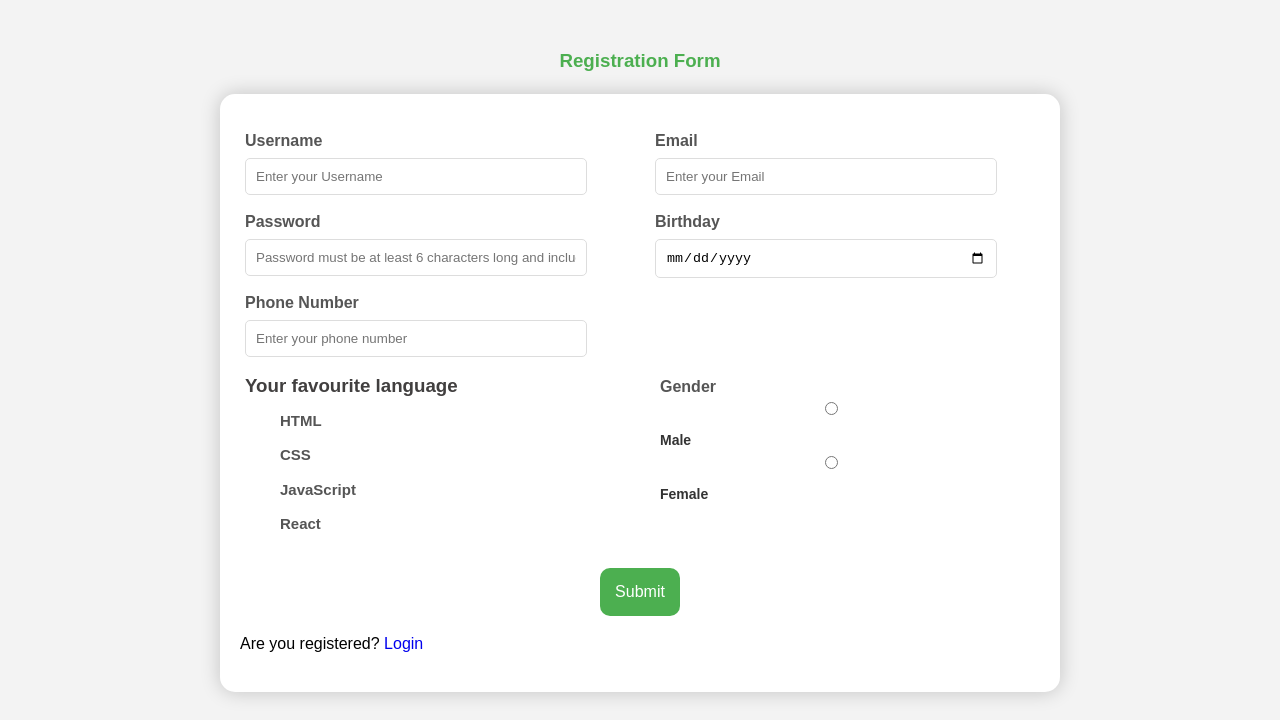
Repository: alizey12/Regestratin-Form-js
Page: regester.html
These files come from the project's save history. The page is drawn as it stood at one moment and after a run of saves; the edit follows.
The browser window is 1280 px wide. The pictures show the whole page.

Above is the page before, as saved 2024-11-29 20:05:35.

### regester.html
<!DOCTYPE html>
<html lang="en">
<head>
    <meta charset="UTF-8">
    <meta name="viewport" content="width=device-width, initial-scale=1.0">
    <link rel="stylesheet" href="regester.css">
    <title>Registration Form</title>
</head>
<body>
    <h3>Registration Form</h3>
    <div class="main">
        <form id="signupForm" action="">
            <div class="grid-container">
                <div>
                    <label for="username">Username</label>
                    <input type="text" id="username" name="username"
                           placeholder="Enter your Username"
                           required pattern="^[a-zA-Z0-9_]{3,15}$"
                           title="Username must be 3-15 characters long and can only contain letters, numbers, and underscores.">

                           <label for="password">Password</label>
                           <input type="password" id="password" name="password"
                                  placeholder="Password must be at least 6 characters long and include one letter and one number."
                                  required pattern="^(?=.*[A-Za-z])(?=.*\d)[A-Za-z\d]{6,}$"
                                  title="Password must be at least 6 characters long and include one letter and one number.">


                    <label for="quantity">Phone Number</label>
                    <input type="number" id="quantity" name="quantity"
                           placeholder="Enter your phone number"
                           min="1000000000" max="9999999999"
                           required title="Enter a valid 10-digit phone number.">

                    <h3 class="heading">Your favourite language</h3>
                    <label class="container">HTML
                        <input type="checkbox" name="language" value="HTML">
                    </label>
                    <label class="container">CSS
                        <input type="checkbox" name="language" value="CSS">
                    </label>
                    <label class="container">JavaScript
                        <input type="checkbox" name="language" value="JavaScript">
                    </label>
                    <label class="container">React
                        <input type="checkbox" name="language" value="React">
                    </label>
                </div>
                <div>
                    <label for="email">Email</label>
                    <input type="email" id="email" name="email"
                           placeholder="Enter your Email"
                           required pattern="^[a-zA-Z0-9._%+-]+@[a-zA-Z0-9.-]+\.[a-zA-Z]{2,}$">

                    <label for="birthday">Birthday</label>
                    <input type="date" id="birthday" name="birthday" required>

                    <div class="gen-rad">
                        <p>Gender</p>
                        <input type="radio" id="male" name="gender" value="male" required>
                        <label for="male">Male</label>
                        <input type="radio" id="female" name="gender" value="female" required>
                        <label for="female">Female</label>
                    </div>
                </div>
            </div>
            <div class="wrap">
                <button type="submit">Submit</button>
            </div>
        </form>
        <p>Are you registered?
            <a href="signin.html" style="text-decoration: none;">Login</a>
        </p>
    </div>
    <script src="Regester.js"></script>
</body>
</html>

### regester.css
 body {
    display: flex;
    align-items: center;
    justify-content: center;
    font-family: sans-serif;
    line-height: 1.5;
    min-height: 100vh;
    background: #f3f3f3;
    flex-direction: column;
    margin: 0;
}

.main {
    background-color: #fff;
    border-radius: 15px;
    box-shadow: 0 0 20px rgba(0, 0, 0, 0.2);
    padding: 20px;
    transition: transform 0.2s;
    width: 800px;
}

h3 {
    color: #4CAF50;
    text-align: center;
}

label {
    display: block;
    margin-top: 10px;
    margin-bottom: 5px;
    text-align: left;
    color: #555;
    font-weight: bold;
}

input {
    display: block;
    width: 90%;
    margin-bottom: 15px;
    padding: 10px;
    box-sizing: border-box;
    border: 1px solid #ddd;
    border-radius: 5px;
}

button {
    padding: 15px;
    border-radius: 10px;
    margin-top: 15px;
    border: none;
    color: white;
    cursor: pointer;
    background-color: #4CAF50;
    font-size: 16px;
}

.wrap {
    display: flex;
    justify-content: center;
    align-items: center;
}

.grid-container {
    display: grid;

    grid-template-columns: 1fr 1fr;
    gap: 20px;
}

.grid-container div {
    padding: 5px;
}


.container {
    display: block;
    position: relative;
    padding-left: 35px;
    margin-bottom: 12px;
    cursor: pointer;
    font-size: 15px;
    -webkit-user-select: none;
    -moz-user-select: none;
    -ms-user-select: none;
    user-select: none;
  }
  .gen-rad{
    margin-top: 20%;
  }
  .container input {
    position: absolute;
    opacity: 0;
    cursor: pointer;
    height: 0;
    width: 0;
  }
  .heading{
    color: rgb(65, 63, 63);
    display: contents;
  padding: 5px;
  }
  .checkmark {
    position: absolute;
    top: 0;
    left: 0;
    height: 25px;
    width: 25px;
    background-color: #eee;
  }

  .container:hover input ~ .checkmark {
    background-color: #ccc;
  }

  .container input:checked ~ .checkmark {
    background-color: #279e63;
  }

  .checkmark:after {
    content: "";
    position: absolute;
    display: none;
  }

  .container input:checked ~ .checkmark:after {
    display: block;
  }


  .container .checkmark:after {
    left: 9px;
    top: 5px;
    width: 5px;
    height: 10px;
    border: solid white;
    border-width: 0 3px 3px 0;
    -webkit-transform: rotate(45deg);
    -ms-transform: rotate(45deg);
    transform: rotate(45deg);
  }


.gen-rad p {
    margin-bottom: 1px;
    font-weight: bold;
    color: #555;
}


.gen-rad label {

    font-size: 14px;
    color: #333;
}

/*
body {
    font-family: Arial, sans-serif;
    background-color: #f4f4f4;
    display: flex;
    justify-content: center;
    align-items: center;
    height: 100vh;
    margin: 0;
}

.container {
    background-color: #fff;
    padding: 20px;
    border-radius: 5px;
    box-shadow: 0 0 10px rgba(0, 0, 0, 0.1);
}

h1 {
    margin-bottom: 20px;
}

label {
    display: block;
    margin-bottom: 5px;
}

input {
    width: 100%;
    padding: 10px;
    margin-bottom: 10px;
    border: 1px solid #ccc;
    border-radius: 5px;
}

button {
    width: 100%;
    padding: 10px;
    background-color: #28a745;
    color: #fff;
    border: none;
    border-radius: 5px;
    cursor: pointer;
}

button:hover {
    background-color: #218838;
} */

### Regester.js
document.getElementById('signupForm').addEventListener('submit', function (event) {
    event.preventDefault(); // Prevent form submission

    // Get field values
    const username = document.getElementById('username').value;
    const email = document.getElementById('email').value;
    const password = document.getElementById('password').value;
    const quantity = document.getElementById('quantity').value;
    const birthday = document.getElementById('birthday').value;
    const gender = document.querySelector('input[name="gender"]:checked');
    const languages = Array.from(document.querySelectorAll('input[name="language"]:checked'))
                            .map(lang => lang.value);

    // Validate gender
    if (!gender) {
        alert('Please select your gender.');
        return;
    }

    // Validate at least one language is selected
    if (languages.length === 0) {
        alert('Please select at least one favourite language.');
        return;
    }

    // Log values in the console
    console.log('Username:', username);
    console.log('Email:', email);
    console.log('Password:', password);
    console.log('Phone Number:', quantity);
    console.log('Birthday:', birthday);
    console.log('Gender:', gender.value);
    console.log('Languages:', languages);

    // Show success message
    alert('Signup successful!');
});

After the next 2 saves:
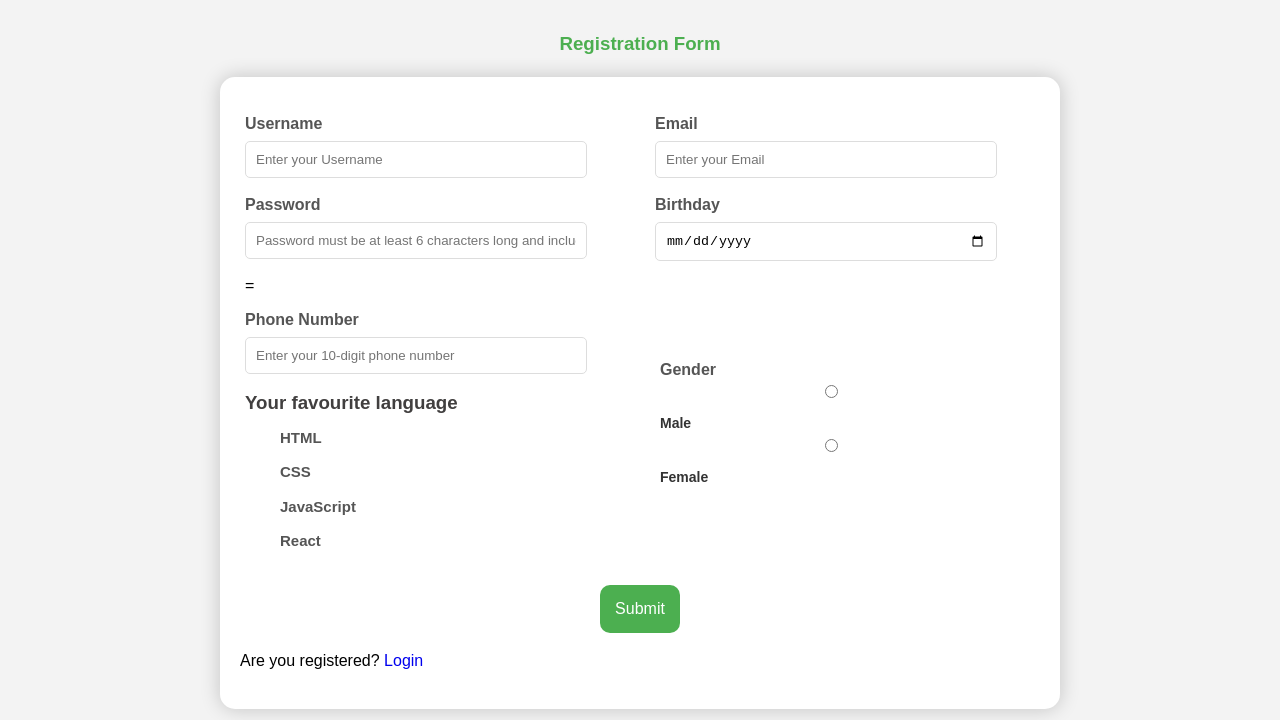
The 2 saves are shown as one change because they came seconds apart.
The last was saved 24 s later.
--- a/regester.html
+++ b/regester.html
@@ -25,11 +25,11 @@
                                   title="Password must be at least 6 characters long and include one letter and one number.">
 
 
-                    <label for="quantity">Phone Number</label>
-                    <input type="number" id="quantity" name="quantity"
-                           placeholder="Enter your phone number"
-                           min="1000000000" max="9999999999"
-                           required title="Enter a valid 10-digit phone number.">
+                 =<label for="quantity">Phone Number</label>
+                 <input type="text" id="quantity" name="quantity"
+                        placeholder="Enter your 10-digit phone number"
+                        required pattern="^\d{10}$"
+                        title="Enter a valid 10-digit phone number.">
 
                     <h3 class="heading">Your favourite language</h3>
                     <label class="container">HTML

After the save that followed:
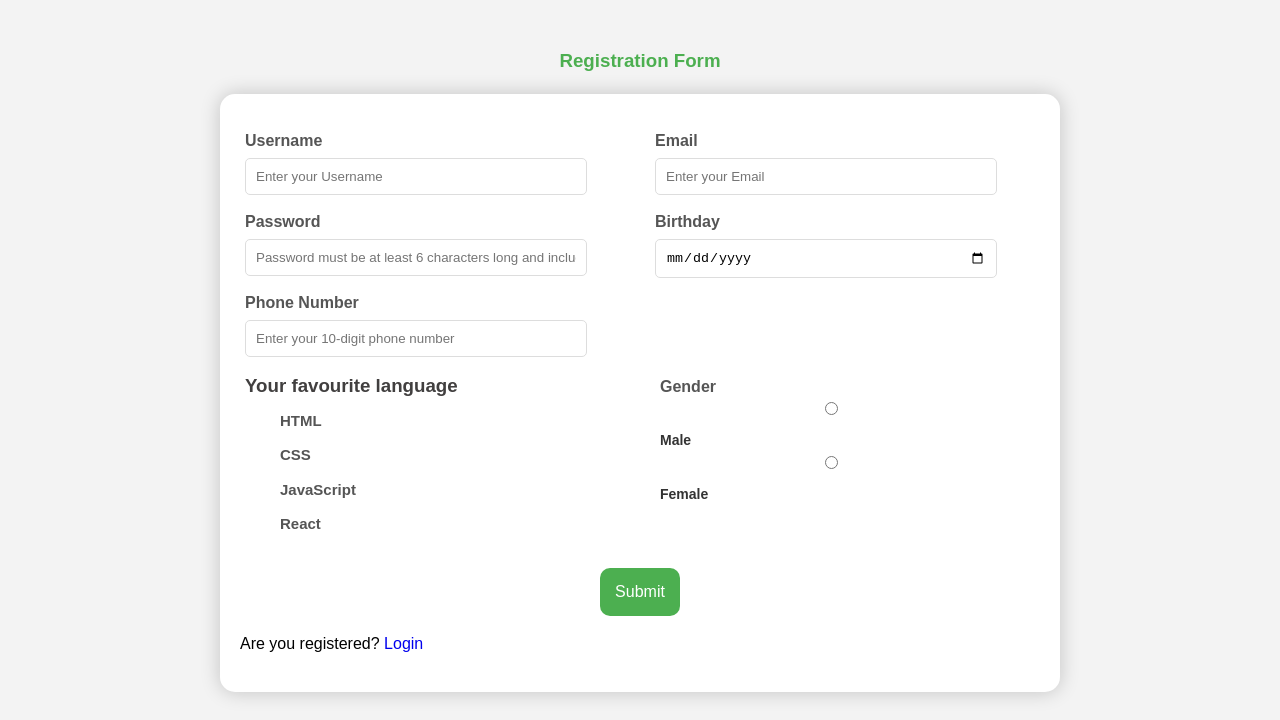
Saved 2 min 22 s later.
--- a/regester.html
+++ b/regester.html
@@ -25,7 +25,7 @@
                                   title="Password must be at least 6 characters long and include one letter and one number.">
 
 
-                 =<label for="quantity">Phone Number</label>
+                 <label for="quantity">Phone Number</label>
                  <input type="text" id="quantity" name="quantity"
                         placeholder="Enter your 10-digit phone number"
                         required pattern="^\d{10}$"
